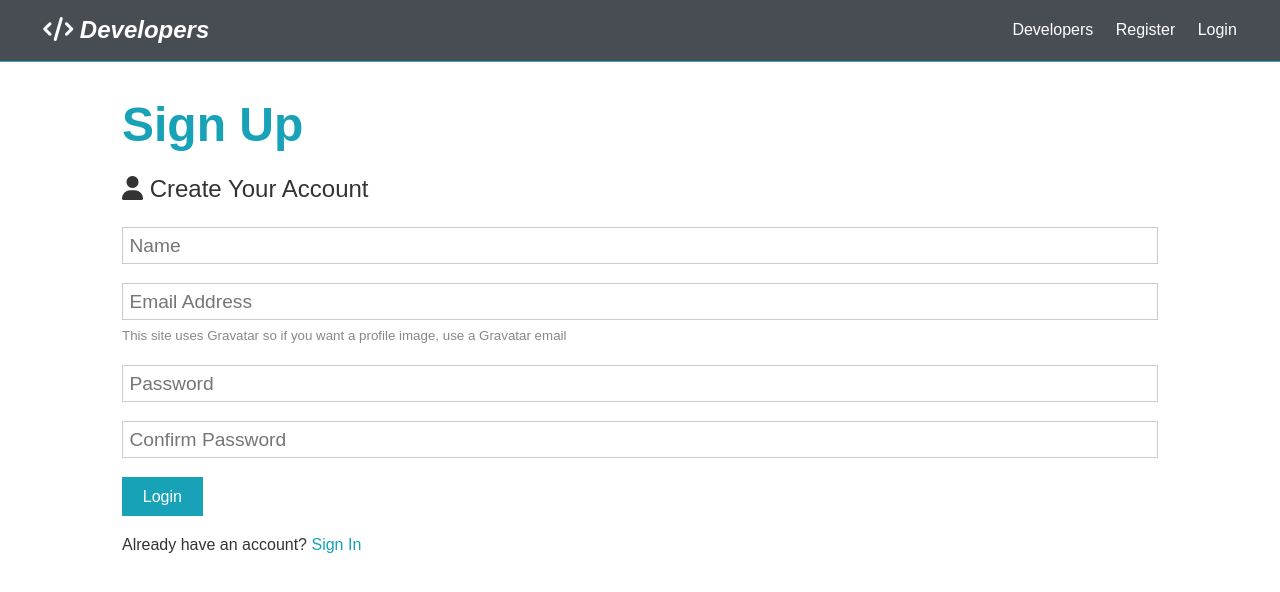
Repository: priyavmehta/Developers
Page: /login (app in client/)
These files come from the project's save history. The page is drawn as it stood at one moment and after the next save; the edit follows.
The browser window is 1280 px wide. The pictures show the whole page.
Some web libraries are served in a nearby version. The project was rebuilt for these pictures with package versions that can differ from the ones it lists, and the page was loaded fresh each time. Also part of the build but not shown: client/src/components/layout/Landing.js, client/src/components/auth/Register.js.

Above is the page before, as saved 2020-12-08 12:41:29.

### client/public/index.html
<!DOCTYPE html>
<html lang="en">
  <head>
    <meta charset="utf-8" />
    <link rel="icon" href="%PUBLIC_URL%/favicon.ico" />
    <meta name="viewport" content="width=device-width, initial-scale=1" />
    <meta name="theme-color" content="#000000" />
    <meta
      name="description"
      content="Web site created using create-react-app"
    />
    <link rel="apple-touch-icon" href="%PUBLIC_URL%/logo192.png" />
    <link rel="manifest" href="%PUBLIC_URL%/manifest.json" />

    <script src="https://kit.fontawesome.com/c3f9cf1e2c.js" crossorigin="anonymous"></script>
    <title>Welcome to Developers</title>
  </head>
  <body>
    <noscript>You need to enable JavaScript to run this app.</noscript>
    <div id="root"></div>
  </body>
</html>

### client/src/App.js
import './App.css';
import Landing from './components/layout/Landing';
import Navbar from './components/layout/Navbar';
import { BrowserRouter as Router, Route, Switch } from 'react-router-dom'
import Login from './components/auth/Login';
import Register from './components/auth/Register';

const App = () => {
  return (
    <div>
      <Router>
        <Navbar/>
        <Route exact path = "/" component = {Landing} />
        <section className = "container">
          <Switch>
            <Route path = "/login" component = {Login} />
            <Route path = "/register" component = {Register} />
          </Switch>
        </section>
      </Router>
    </div>
  );
}

export default App;

### client/src/components/layout/Navbar.js
import React from 'react'
import { Link } from 'react-router-dom'

const Navbar = () => {
    return (
        <nav className="navbar bg-dark">
            <h1>
                <Link to="/"><i className="fas fa-code"></i> <i>Developers</i> </Link>
            </h1>
            <ul>
                <li><Link to = "/">Developers</Link></li>
                <li><Link to = "/register">Register</Link></li>
                <li><Link to = "/login">Login</Link></li>
            </ul>
        </nav>
    )
}

export default Navbar

### client/src/components/auth/Login.js
import React, { Fragment, useState } from 'react'
import { Link } from 'react-router-dom'

const Login = () => {
    console.log("Hello");
    const [FormData, setFormData] = useState({
        email: '',
        password: '',
    });

    const { name, email, password, confirm_password } = FormData;

    const changeHandler = e => {
        setFormData({
            ...FormData,
            [e.target.name]: e.target.value
        })
    }

    const onSubmit = async e => {
        e.preventDefault();

        if (password !== confirm_password) {
            console.log("Passwords do not match");
        } else {
            console.log(FormData);
        }
    }

    return (
        <Fragment>
            <h1 className="large text-primary">Sign Up</h1>
            <p className="lead"><i className="fas fa-user"></i> Create Your Account</p>
            <form className="form" onSubmit = {onSubmit}>
                <div className="form-group">
                    <input
                        type="text"
                        placeholder="Name"
                        name="name"
                        value={name}
                        onChange = {e => changeHandler(e)}
                        required
                    />
                </div>
                <div className="form-group">
                    <input
                        type="email"
                        placeholder="Email Address"
                        name="email"
                        onChange = {e => changeHandler(e)}
                        value = {email}
                        required
                    />
                    <small className="form-text">
                        This site uses Gravatar so if you want a profile image, use a Gravatar email
                    </small>
                </div>
                <div className="form-group">
                    <input
                        type="password"
                        placeholder="Password"
                        name="password"
                        minLength="6"
                        onChange = {e => changeHandler(e)}
                        value = {password}
                        required
                    />
                </div>
                <div className="form-group">
                    <input
                        type="password"
                        placeholder="Confirm Password"
                        name="confirm_password"
                        minLength="6"
                        onChange = {e => changeHandler(e)}
                        value = {confirm_password}
                        required
                    />
                </div>
                <input type="submit" className="btn btn-primary" value="Login"/>
            </form>
            <p className="my-1">
                Already have an account? <Link to="/login">Sign In</Link>
            </p>
        </Fragment>
    )
}

export default Login

Loaded but not shown: client/src/index.js (common file); client/src/reportWebVitals.js (common file); client/src/App.css (common file)

After the next save:
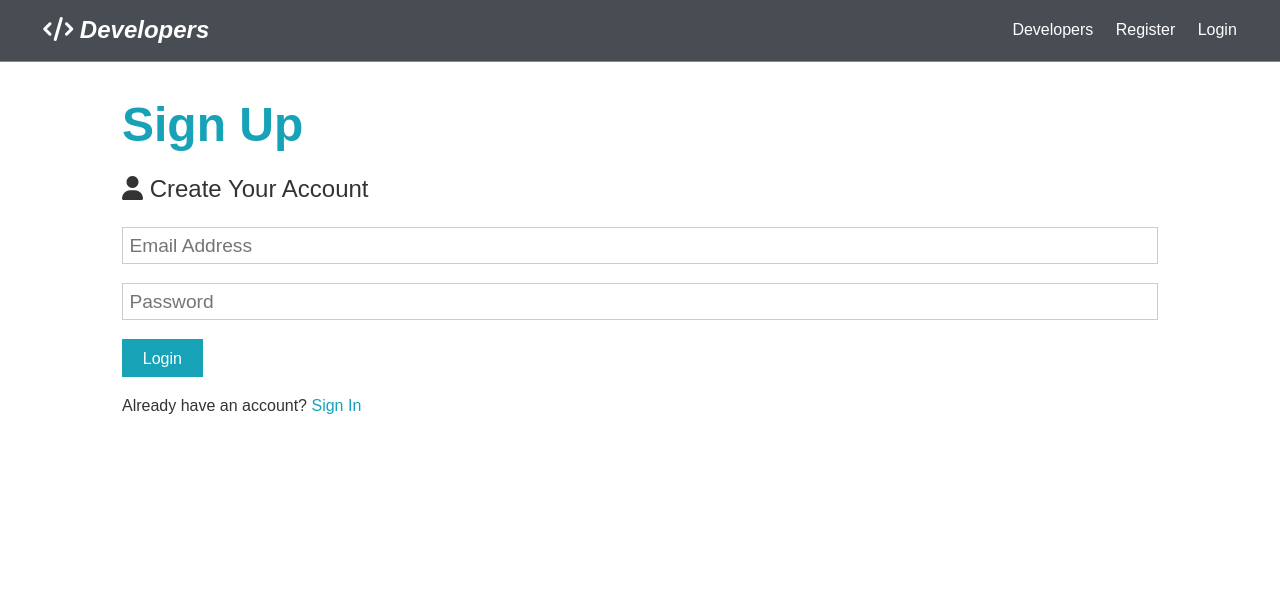
Saved 38 s later.
--- a/client/src/components/auth/Login.js
+++ b/client/src/components/auth/Login.js
@@ -34,16 +34,6 @@ const Login = () => {
             <form className="form" onSubmit = {onSubmit}>
                 <div className="form-group">
                     <input
-                        type="text"
-                        placeholder="Name"
-                        name="name"
-                        value={name}
-                        onChange = {e => changeHandler(e)}
-                        required
-                    />
-                </div>
-                <div className="form-group">
-                    <input
                         type="email"
                         placeholder="Email Address"
                         name="email"
@@ -51,9 +41,6 @@ const Login = () => {
                         value = {email}
                         required
                     />
-                    <small className="form-text">
-                        This site uses Gravatar so if you want a profile image, use a Gravatar email
-                    </small>
                 </div>
                 <div className="form-group">
                     <input
@@ -63,17 +50,6 @@ const Login = () => {
                         minLength="6"
                         onChange = {e => changeHandler(e)}
                         value = {password}
-                        required
-                    />
-                </div>
-                <div className="form-group">
-                    <input
-                        type="password"
-                        placeholder="Confirm Password"
-                        name="confirm_password"
-                        minLength="6"
-                        onChange = {e => changeHandler(e)}
-                        value = {confirm_password}
                         required
                     />
                 </div>
